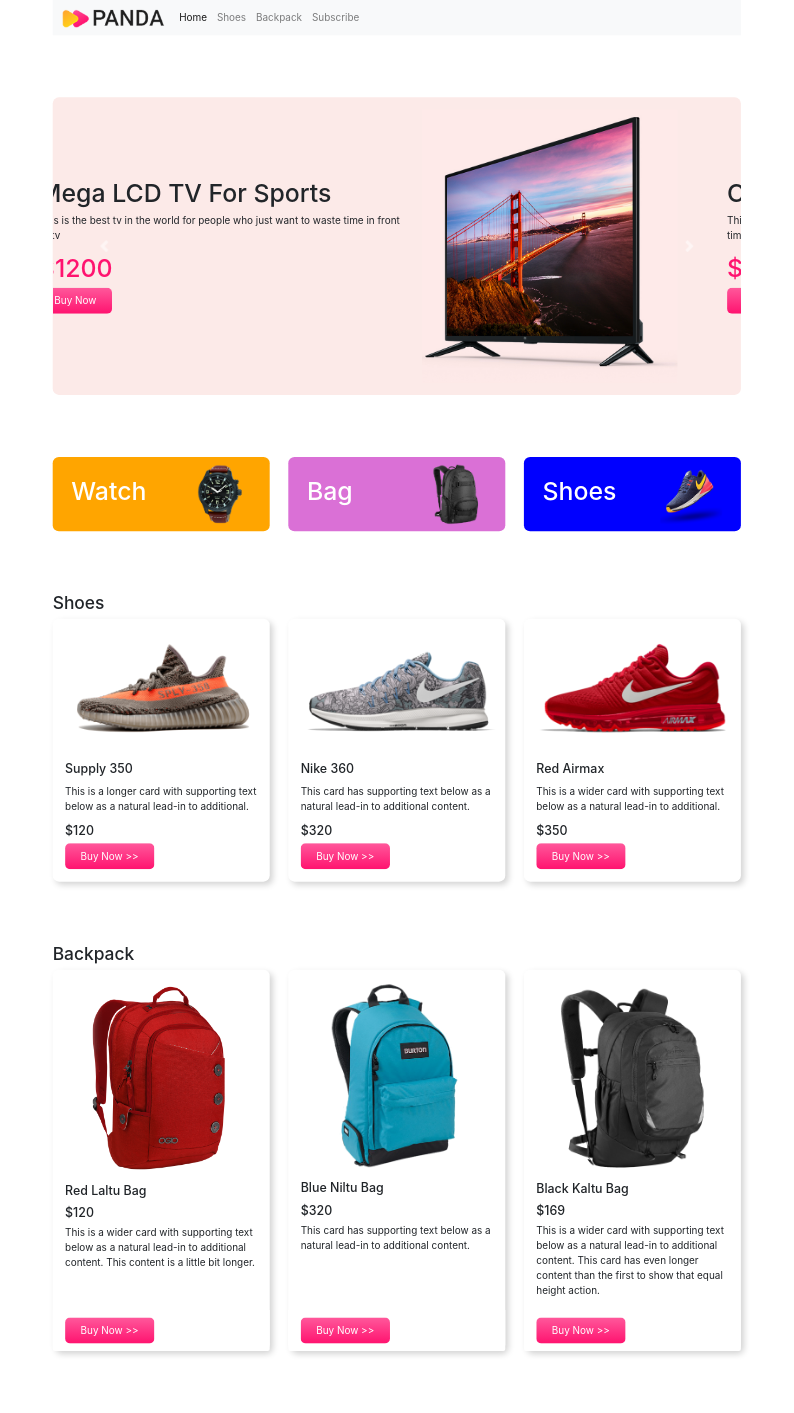
Repository: mohsinfarabi/panda-commerce
Page: index.html
An editor plug-in stored every save of this project. The page is shown before and after the next save, followed by the edit.
The browser window is 1280 px wide. The pictures show the whole page, at 62% of full size.

Above is the page before, as saved 2020-07-07 03:25:33.

### index.html
<!DOCTYPE html>
<html lang="en">

<head>
    <meta charset="UTF-8">
    <meta name="viewport" content="width=device-width, initial-scale=1.0">
    <title>Panda Commerce</title>
    <link rel="stylesheet" href="css/bootstrap/css/bootstrap.min.css">
    <link rel="stylesheet" href="style.css">
</head>

<body>
    <div class="container">
        <nav class="navbar navbar-expand-lg navbar-light bg-light">
            <a class="navbar-brand" href="#"><img src="images/logo.png" alt=""></a>
            <button class="navbar-toggler" type="button" data-toggle="collapse" data-target="#navbarNav" aria-controls="navbarNav" aria-expanded="false" aria-label="Toggle navigation">
              <span class="navbar-toggler-icon"></span>
            </button>
            <div class="collapse navbar-collapse" id="navbarNav">
                <ul class="navbar-nav">
                    <li class="nav-item active">
                        <a class="nav-link" href="#">Home <span class="sr-only">(current)</span></a>
                    </li>
                    <li class="nav-item">
                        <a class="nav-link" href="#shoes">Shoes</a>
                    </li>
                    <li class="nav-item">
                        <a class="nav-link" href="#backpack">Backpack</a>
                    </li>
                    <li class="nav-item">
                        <a class="nav-link" href="#subscribe">Subscribe</a>
                    </li>
                </ul>
            </div>
        </nav>
    </div>
    <div class="container">
        <div id="carouselExampleControls" class="carousel slide orange-bg" data-ride="carousel">
            <div class="carousel-inner">
                <div class="carousel-item active">
                    <div class="row align-items-center">
                        <div class="col-md-7">
                            <h1>Mega LCD TV For Sports</h1>
                            <p>This is the best tv in the world for people who just want to waste time in front of tv</p>
                            <h1 class="price">$1200</h1>
                            <button class="buy-now-button">Buy Now</button>
                        </div>
                        <div class="col-md-5">
                            <img src="images/banner-images/tv.png" class="d-block w-100" alt="...">
                        </div>
                    </div>
                </div>
                <div class="carousel-item">
                    <div class="row align-items-center">
                        <div class="col-md-7">
                            <h1>Cool Dude Headphone</h1>
                            <p>This is the best headdphone in the world for people who just want to waste time in front of funky world.</p>
                            <h1 class="price">$420</h1>
                            <button class="buy-now-button">Buy Now</button>
                        </div>
                        <div class="col-md-5">
                            <img src="images/banner-images/headphone.png" class="d-block w-100" alt="...">
                        </div>
                    </div>
                </div>
                <div class="carousel-item">
                    <div class="row align-items-center">
                        <div class="col-md-7">
                            <h1>Mega LCD TV For Sports</h1>
                            <p>This is the best x-box in the world for people who just want to waste time in front of fake sports.</p>
                            <h1 class="price">$600</h1>
                            <button class="buy-now-button">Buy Now</button>
                        </div>
                        <div class="col-md-5">
                            <img src="images/banner-images/xbox.png" class="d-block w-100" alt="...">
                        </div>
                    </div>
                </div>
            </div>
            <a class="carousel-control-prev" href="#carouselExampleControls" role="button" data-slide="prev">
                <span class="carousel-control-prev-icon" aria-hidden="true"></span>
                <span class="sr-only">Previous</span>
            </a>
            <a class="carousel-control-next" href="#carouselExampleControls" role="button" data-slide="next">
                <span class="carousel-control-next-icon" aria-hidden="true"></span>
                <span class="sr-only">Next</span>
            </a>
        </div>
    </div>

    <div class="container categories">
        <div class="row">
            <div class="col-md-4">
                <div class="d-flex justify-content-between align-items-center cat1">
                    <h1>Watch</h1>
                    <img src="images/categories/watch.png" alt="">
                </div>
            </div>
            <div class="col-md-4">
                <div class="d-flex justify-content-between align-items-center cat2">
                    <h1>Bag</h1>
                    <img src="images/categories/bag.png" alt="">
                </div>
            </div>
            <div class="col-md-4">
                <div class="d-flex justify-content-between align-items-center cat3">
                    <h1>Shoes</h1>
                    <img src="images/categories/shoes.png" alt="">
                </div>
            </div>
        </div>
    </div>

    <div class="container shoes" id="shoes">
        <h3>Shoes</h3>
        <div class="card-deck">
            <div class="card">
                <img src="images/shoes/shoe-1.png" class="card-img-top" alt="...">
                <div class="card-body">
                    <h5 class="card-title">Supply 350</h5>
                    <p class="card-text">This is a longer card with supporting text below as a natural lead-in to additional.</p>
                    <h5>$120</h5>
                    <button class="buy-now-button">Buy Now >></button>
                </div>
            </div>
            <div class="card">
                <img src="images/shoes/shoe-2.png" class="card-img-top" alt="...">
                <div class="card-body">
                    <h5 class="card-title">Nike 360</h5>
                    <p class="card-text">This card has supporting text below as a natural lead-in to additional content.</p>
                    <h5>$320</h5>
                    <button class="buy-now-button">Buy Now >></button>
                </div>
            </div>
            <div class="card">
                <img src="images/shoes/shoe-3.png" class="card-img-top" alt="...">
                <div class="card-body">
                    <h5 class="card-title">Red Airmax</h5>
                    <p class="card-text">This is a wider card with supporting text below as a natural lead-in to additional.</p>
                    <h5>$350</h5>
                    <button class="buy-now-button">Buy Now >></button>
                </div>
            </div>
        </div>
    </div>

    <div class="container" id="backpack">
        <h3>Backpack</h3>
        <div class="card-deck">
            <div class="card">
                <img src="images/bags/bag-1.png" class="card-img-top" alt="...">
                <div class="card-body">
                    <h5 class="card-title">Red Laltu Bag</h5>
                    <h5>$120</h5>
                    <p class="card-text">This is a wider card with supporting text below as a natural lead-in to additional content. This content is a little bit longer.</p>
                </div>
                <div class="card-footer">
                    <button class="buy-now-button">Buy Now >></button>
                </div>
            </div>
            <div class="card">
                <img src="images/bags/bag-2.png" class="card-img-top" alt="...">
                <div class="card-body">
                    <h5 class="card-title">Blue Niltu Bag</h5>
                    <h5>$320</h5>
                    <p class="card-text">This card has supporting text below as a natural lead-in to additional content.</p>
                </div>
                <div class="card-footer">
                    <button class="buy-now-button">Buy Now >></button>
                </div>
            </div>
            <div class="card">
                <img src="images/bags/bag-3.png" class="card-img-top" alt="...">
                <div class="card-body">
                    <h5 class="card-title">Black Kaltu Bag</h5>
                    <h5>$169</h5>
                    <p class="card-text">This is a wider card with supporting text below as a natural lead-in to additional content. This card has even longer content than the first to show that equal height action.</p>
                </div>
                <div class="card-footer">
                    <button class="buy-now-button">Buy Now >></button>
                </div>
            </div>
        </div>
    </div>

    <div class="container" id="subscribe">

    </div>


    <script src="https://code.jquery.com/jquery-3.5.1.slim.min.js" integrity="sha384-DfXdz2htPH0lsSSs5nCTpuj/zy4C+OGpamoFVy38MVBnE+IbbVYUew+OrCXaRkfj" crossorigin="anonymous"></script>
    <script src="https://cdn.jsdelivr.net/npm/popper.js@1.16.0/dist/umd/popper.min.js" integrity="sha384-Q6E9RHvbIyZFJoft+2mJbHaEWldlvI9IOYy5n3zV9zzTtmI3UksdQRVvoxMfooAo" crossorigin="anonymous"></script>
    <script src="https://stackpath.bootstrapcdn.com/bootstrap/4.5.0/js/bootstrap.min.js" integrity="sha384-OgVRvuATP1z7JjHLkuOU7Xw704+h835Lr+6QL9UvYjZE3Ipu6Tp75j7Bh/kR0JKI" crossorigin="anonymous"></script>
</body>

</html>

### style.css
.container {
    margin-bottom: 100px;
}

.orange-bg {
    background-color: #fceae8;
    border-radius: 10px;
}

.carousel-item {
    padding: 20px 40px;
}

.price {
    color: #ff136f;
}

.buy-now-button {
    background-image: linear-gradient(to bottom, #FF589B 0%, #FF136F 100%);
    color: #fff;
    border: none;
    border-radius: 8px;
    padding: 9px 25px;
    cursor: pointer;
}

.cat1,
.cat2,
.cat3 {
    padding: 10px 30px;
    border-radius: 10px;
}

.cat1 {
    background-color: orange;
}

.cat2 {
    background-color: orchid;
}

.cat3 {
    background-color: blue;
}

.categories h1 {
    color: white;
}

.categories img {
    width: 100px;
}

.card {
    border: none;
    border-radius: 10px;
    box-shadow: 5px 5px 10px lightgray;
}

.card-footer {
    background-color: white;
    border-top: none;
}

Loaded but not shown: css/bootstrap/css/bootstrap.min.css (library)

After the next save:
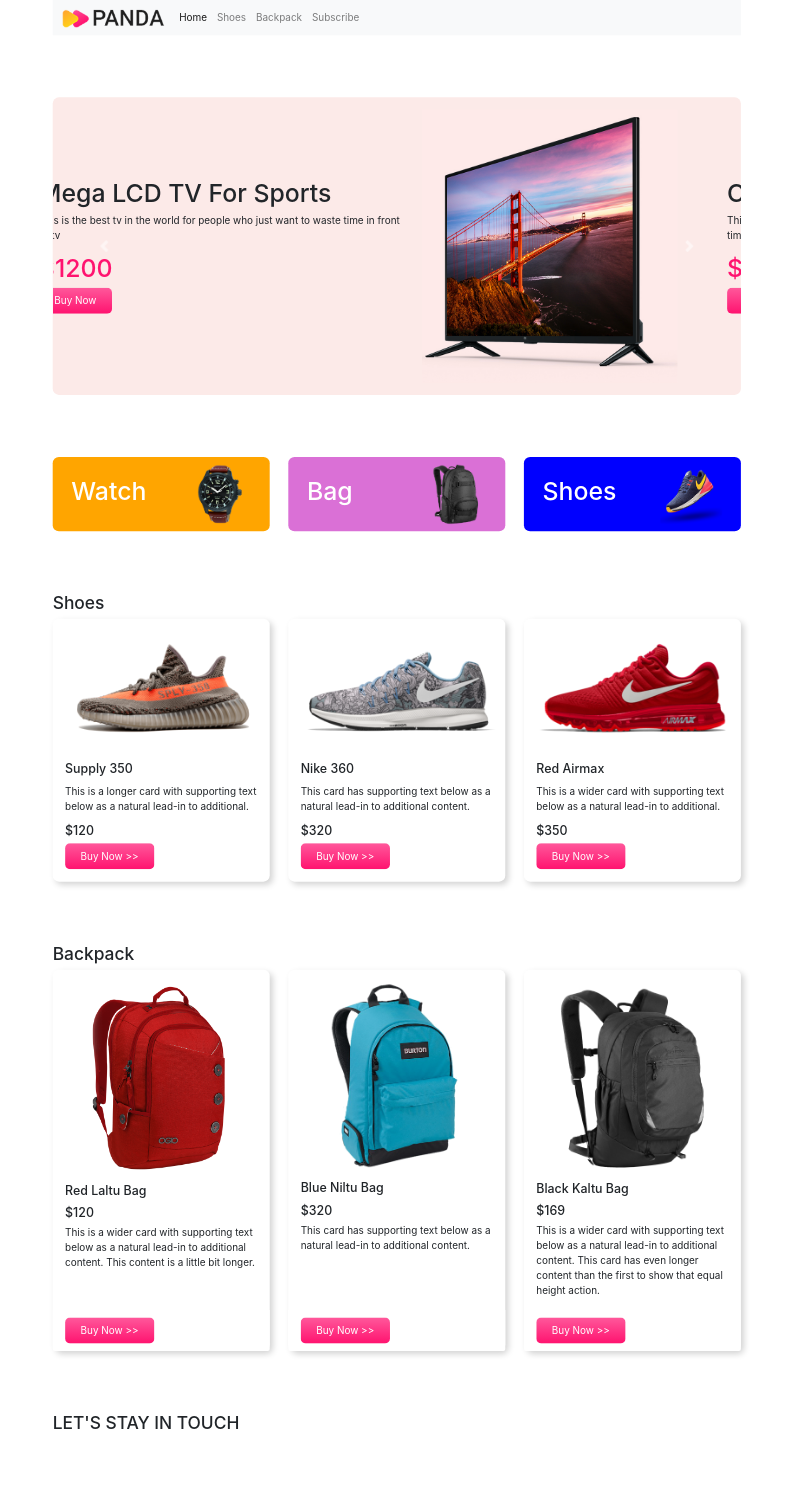
Saved 18 s later.
--- a/index.html
+++ b/index.html
@@ -184,7 +184,7 @@
     </div>
 
     <div class="container" id="subscribe">
-
+        <h3>LET'S STAY IN TOUCH</h3>
     </div>
 
 
